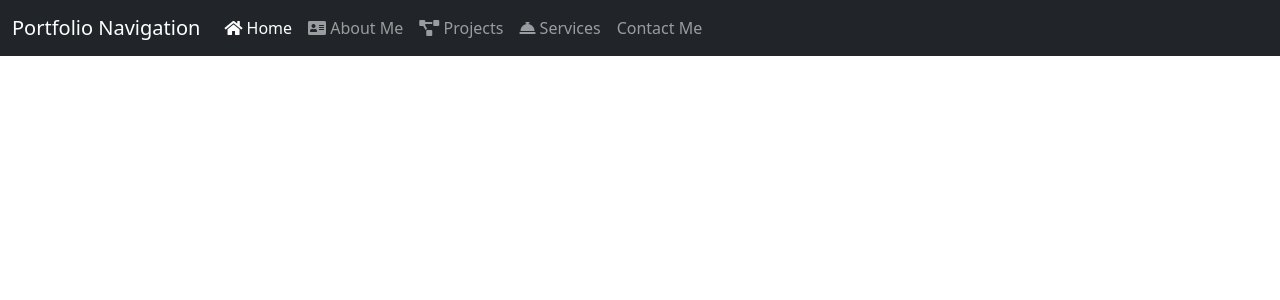
Repository: GarlicButterBoy/Portfolio
Page: index.html
The author's editor kept a copy of each file at every save. The page is drawn from the files as they stood at one save, then again after the next save.
The browser window is 1280 px wide. The pictures show the whole page.

Above is the page before, as saved 2021-05-31 11:39:51.

### index.html
<!DOCTYPE html>
<html lang="en">
<head>
    <meta charset="UTF-8">
    <meta http-equiv="X-UA-Compatible" content="IE=edge">
    <meta name="viewport" content="width=device-width, initial-scale=1.0">
    <title>Nick Sturch-Flint Portfolio</title>
    <link rel="stylesheet" href="./node_modules/bootstrap/dist/css/bootstrap.min.css">
    <link rel="stylesheet" href="./node_modules/@fortawesome/fontawesome-free/css/all.min.css">
    <link rel="stylesheet" href="./Content/app.css">
</head>
<body>
    <nav class="navbar navbar-expand-lg navbar-dark bg-dark">
        <div class="container-fluid">
          <a class="navbar-brand" href="#">Portfolio Navigation</a>
          <button class="navbar-toggler" type="button" data-bs-toggle="collapse" data-bs-target="#navbarNavAltMarkup" aria-controls="navbarNavAltMarkup" aria-expanded="false" aria-label="Toggle navigation">
            <span class="navbar-toggler-icon"></span>
          </button>
          <div class="collapse navbar-collapse" id="navbarNavAltMarkup">
            <div class="navbar-nav mr-auto">
              <a class="nav-link active" aria-current="page" href="#"><i class="fas fa-home"></i> Home</a>
              <a class="nav-link" href="#"><i class="fas fa-address-card"></i> About Me</a>
              <a class="nav-link" href="#"><i class="fas fa-project-diagram"></i> Projects</a>
              <a class="nav-link" href="#"><i class="fas fa-concierge-bell"></i> Services</a>
              <a class="nav-link" href="#">Contact Me</a>
            </div>
          </div>
        </div>
      </nav>

      <!-- Third Party Libraries -->
      <script src="./node_modules/jquery/dist/jquery.min.js"></script>
      <script src="./node_modules/bootstrap/dist/js/bootstrap.min.js"></script>
    <script src="./Scripts/app.js"></script>
</body>
</html>

### Scripts/app.js
//IIFE - Immediately Invoked Function Expression
// OR - Anonymous Self Executing Function
(function()
{
    function Start()
    {
        console.log("App Started");
    }

    window.addEventListener("load", Start);
})();

Loaded but not shown: node_modules/bootstrap/dist/css/bootstrap.min.css (library); node_modules/@fortawesome/fontawesome-free/css/all.min.css (library); Content/app.css (common file); node_modules/jquery/dist/jquery.min.js (library); node_modules/bootstrap/dist/js/bootstrap.min.js (library)

After the next save:
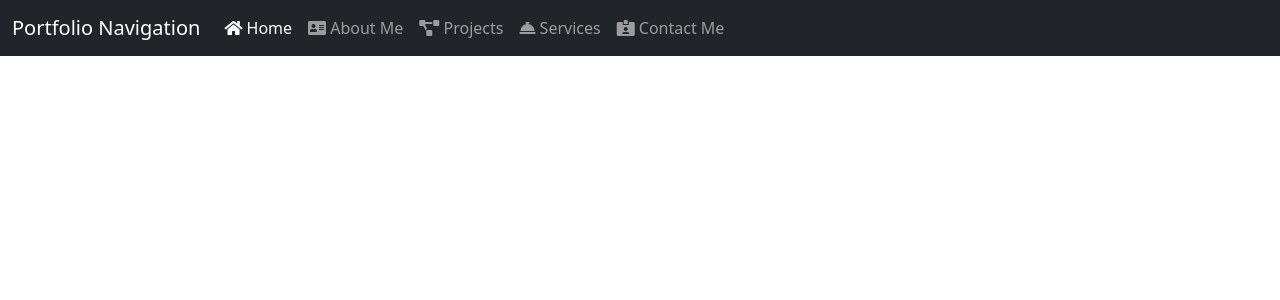
Saved 17 s later.
--- a/index.html
+++ b/index.html
@@ -22,7 +22,7 @@
               <a class="nav-link" href="#"><i class="fas fa-address-card"></i> About Me</a>
               <a class="nav-link" href="#"><i class="fas fa-project-diagram"></i> Projects</a>
               <a class="nav-link" href="#"><i class="fas fa-concierge-bell"></i> Services</a>
-              <a class="nav-link" href="#">Contact Me</a>
+              <a class="nav-link" href="#"><i class="fas fa-id-card-alt"></i> Contact Me</a>
             </div>
           </div>
         </div>
